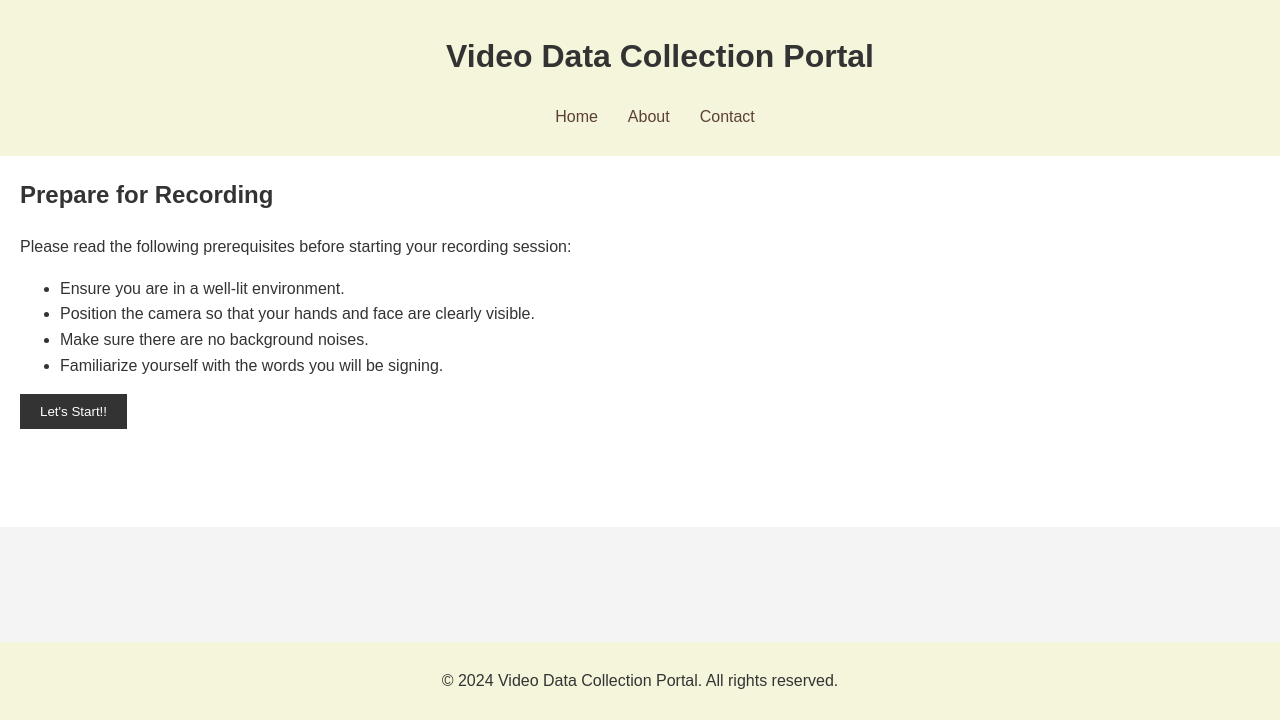
Repository: Oren93/sign_lang_data
Page: /upload (app in frontend/sign-lang-ui/)
An editor plug-in stored every save of this project. The page is shown before and after the next save, followed by the edit.
The browser window is 1280 px wide. The pictures show the whole page.
The project was rebuilt for these pictures with package versions that can differ from the ones it lists, and the page was loaded fresh each time. Also part of the build but not shown: frontend/sign-lang-ui/vite.config.ts, frontend/sign-lang-ui/src/pages/Home.tsx, frontend/sign-lang-ui/src/pages/About.tsx, frontend/sign-lang-ui/src/pages/Contact.tsx, frontend/sign-lang-ui/src/pages/Record.module.css, frontend/sign-lang-ui/src/pages/Record.tsx.

Above is the page before, as saved 2024-06-10 10:42:06.

After the next save:
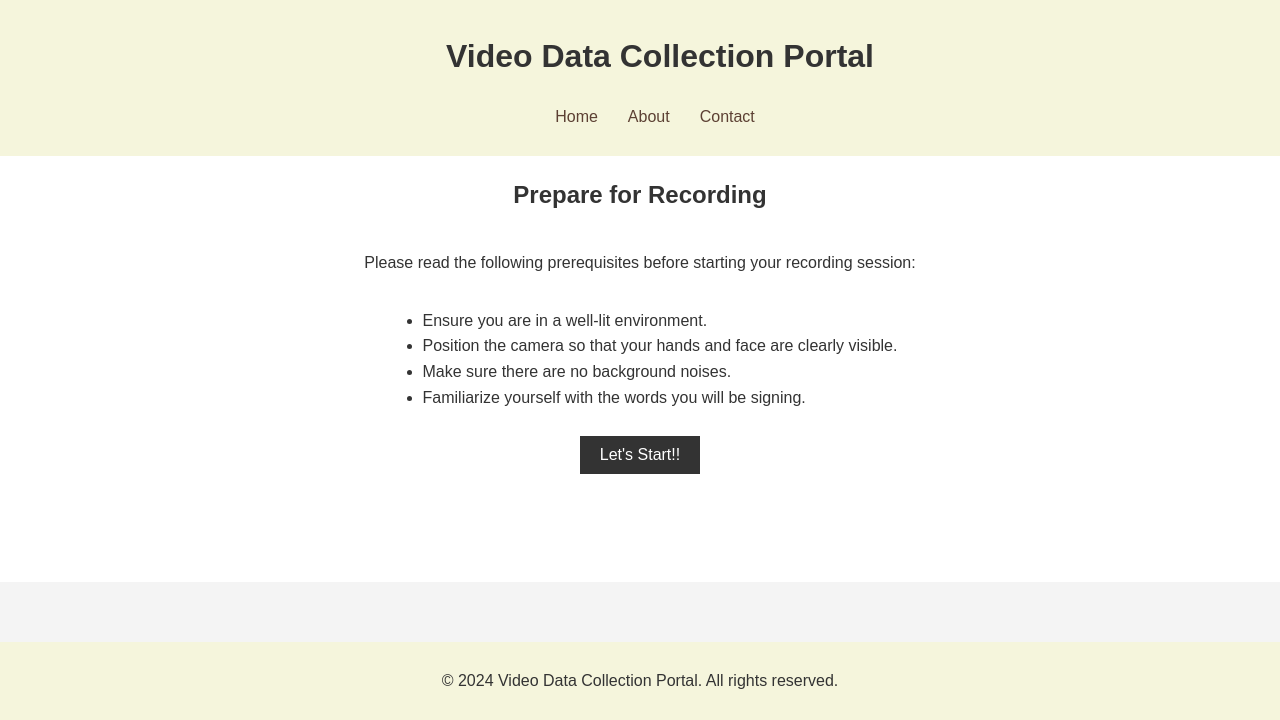
Saved 22 s later.
--- a/frontend/sign-lang-ui/src/pages/Upload.module.css
+++ b/frontend/sign-lang-ui/src/pages/Upload.module.css
@@ -1,73 +1,25 @@
-/* src/pages/Record.module.css */
+/* src/pages/Upload.module.css */
 
-.fullscreenContainer {
-    display: flex;
-    justify-content: center;
-    align-items: center;
-    width: 100vw;
-    height: 100vh;
-    background-color: black;
-    position: relative;
-}
-
-.overlay {
+.main {
     display: flex;
     flex-direction: column;
     align-items: center;
-    justify-content: center;
-    position: absolute;
-    width: 100%;
-    height: 100%;
+    padding-top: 100px; /* Adjust based on header height */
+    padding-bottom: 50px; /* Adjust based on footer height */
 }
 
-.confirmation {
+.section {
     display: flex;
     flex-direction: column;
     align-items: center;
-    justify-content: center;
-    background: rgba(0, 0, 0, 0.8);
-    padding: 20px;
-    border-radius: 10px;
-}
-
-.word {
-    color: white;
-    font-size: 24px;
-    margin-bottom: 20px;
-}
-
-.webcam {
-    width: 50%;
-    max-width: 600px;
-    border: 2px solid white;
-    margin-bottom: 20px;
-}
-
-.buttonContainer {
-    display: flex;
-    justify-content: space-around;
-    width: 50%;
+    width: 100%;
     max-width: 600px;
 }
 
-.startButton {
-    background-color: #007bff; /* Sea blue */
-    color: white;
-    border: none;
+.button {
+    margin: 10px;
     padding: 10px 20px;
-    cursor: pointer;
     font-size: 16px;
-    margin: 5px;
-}
-
-.leaveButton {
-    background-color: #d3d3d3; /* Light grey */
-    color: black;
-    border: none;
-    padding: 10px 20px;
-    cursor: pointer;
-    font-size: 16px;
-    margin: 5px;
 }
 
 .video {
@@ -75,9 +27,3 @@
     width: 100%;
     max-width: 600px;
 }
-
-.permissionMessage {
-    color: white;
-    font-size: 18px;
-    margin-bottom: 10px;
-}
